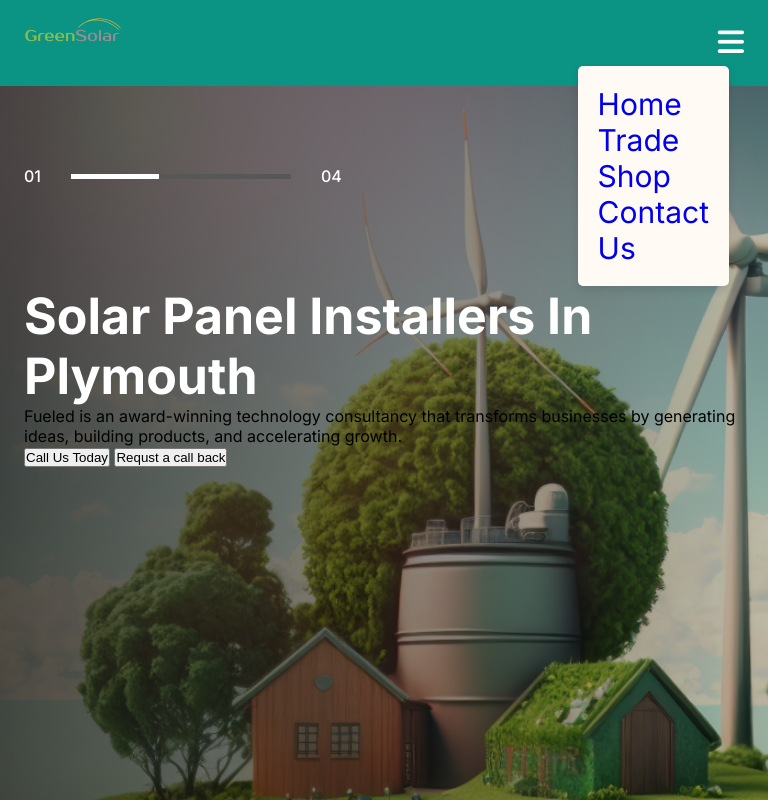
Repository: zeinawady/Solar-Company-Template
Page: index.html
An editor plug-in stored every save of this project. The page is shown before and after the next save, followed by the edit.
The browser window is 768 px wide. The pictures show the whole page.
The pointer rests on the first visible `.burger`.

Above is the page before, as saved 2024-09-17 17:16:31.

### index.html
<!DOCTYPE html>
<html lang="en">

<head>
    <meta charset="UTF-8">
    <meta name="viewport" content="width=device-width, initial-scale=1.0">
    <title>Solar Company</title>
    <link rel="stylesheet" href="css/style.css">
    <link rel="stylesheet" href="css/all.min.css">
    <link rel="preconnect" href="https://fonts.googleapis.com">
<link rel="preconnect" href="https://fonts.gstatic.com" crossorigin>
<link href="https://fonts.googleapis.com/css2?family=Inter:ital,opsz,wght@0,14..32,100..900;1,14..32,100..900&display=swap" rel="stylesheet">
</head>

<body>
    <!-- start header -->
    <header>
        <div class="container">
            <img src="images/Logo.png" width="100" alt="logo" class="logo">
            <nav>
                <ul class="nav-links">
                    <li><a href="#">Home</a></li>
                    <li><a href="#">Trade</a></li>
                    <li><a href="#">Shop</a></li>
                    <li><a href="#">Contact Us</a></li>
                </ul>
            </nav>
            <div class="nav-info">
                <div>Call Us</div>
                <div>+1 2345 3456 45</div>

            </div>
            <div class="burger">
                <i class="fas fa-bars"></i>
                <ul class="navHover">
                    <li><a href="#">Home</a></li>
                    <li><a href="#">Trade</a></li>
                    <li><a href="#">Shop</a></li>
                    <li><a href="#">Contact Us</a></li>
                </ul>

            </div>
        </div>
    </header>

    <!-- end header -->

    <!-- start landing -->
    <div class="landing">
        <div class="container">
            <div class="progress-container">
                <span>01</span>
                <progress value="40" max="100"></progress>
                <span>04</span>
            </div>
            <div class="landing-text">
                <h1 class="main-text">Solar Panel Installers In Plymouth</h1>
                <div class="sub-text">
                    Fueled is an award-winning technology consultancy that transforms businesses by generating ideas,
                    building products, and accelerating growth.
                </div>

                <div class="btn-container">
                    <button class="btn">Call Us Today</button>
                    <button class="btn yellow-bt">Requst a call back</button>
                </div>
            </div>
        </div>
    </div>
    <!-- end landing -->

</body>

</html>

### css/style.css
*{
    margin: 0;
    padding: 0;
    box-sizing: border-box;
}
html{
    scroll-behavior: smooth;
}
body{
    font-family: "Inter", sans-serif;
}
.container{
    padding-left: 15px;
    padding-right: 15px;
    margin: 0 auto;
    max-width: 1170px; /* Set a maximum width */
    width: 100%;
}
ul{
    list-style: none;
}
a{
    text-decoration: none;
}
:root{
    --main-color: hsla(173, 86%, 31%, 1);
    --secondary-color:hsla(42, 100%, 55%, 1);
    --font-color: hsla(221, 43%, 11%, 1);

}
@media (min-width:768px) {
    .container {
        width: 750px;
    }

}

@media (min-width:992px) {
    .container {
        width: 970px;
    }
}

@media (min-width:1200px) {
    .container {
        width: 1170px;
    }
}

/* start header */
header{
    background-color: var(--main-color);
height: 86px;
}
header .container{
    display: flex;
    justify-content: space-between;
    align-items: center;

}
.nav-links li{
    display: inline-block;
    padding: 30px 25px;

}
.nav-links li a{
    color: hsla(0, 0%, 100%, 1);
    transition: all 0.3s ease 0s;
}
.nav-info{
    color: hsla(0, 0%, 100%, 1);
padding-bottom: 5px;
display: flex;
flex-direction: column;
align-items: flex-end;
}
.burger{
    display: none;
    color: hsla(0, 0%, 100%, 1) ;
    font-size: 30px;
    cursor: pointer;
    position: relative;
}

@media (max-width:768px){
    .burger{
        display: block;
        padding-top: 24px;
        position: relative;
        /* z-index: 10; */
    }
    .navHover , .nav-links {
        display: none;
    }
    .nav-info{
        display: none;
    }
    .burger:hover .navHover{
        display: block;
        position: absolute;
        top: 66px;
        right: 15px;
        background-color:rgb(255, 250, 244);
        border-radius: 5px;
        padding: 20px;
        box-shadow: 0 4px 8px rgba(0, 0, 0, 0.1);
    }
}

/* end header */

/* start landing */

.landing{
    background-image: url(../images/solar-panels-meadow\ 1.png);
    background-size: cover;
    height: calc(100vh - 86px);
}
.landing .container{
    padding-top: 80px;

}
.progress-container{
    display: flex;
    align-items: center;
    padding-bottom: 100px;
}
.progress-container span{
    color: white;
font-weight: 500;


}
.progress-container span:first-child{
padding-right:30px;

}
.progress-container span:last-child{
    padding-left: 30px;
}
.progress-container progress{
   width: 220px;
   height: 5px;
   appearance: none;
}
progress::-webkit-progress-bar {
    background-color:hsla(0, 0%, 34%, 1);
}
progress::-webkit-progress-value {
    background-color:hsla(0, 0%, 100%, 1);
}

.landing-text{
    max-width: 729px;
}
h1{
    font-size: 50px;
    color: white;
}
/* end landing */

Loaded but not shown: css/all.min.css (library)

After the next save:
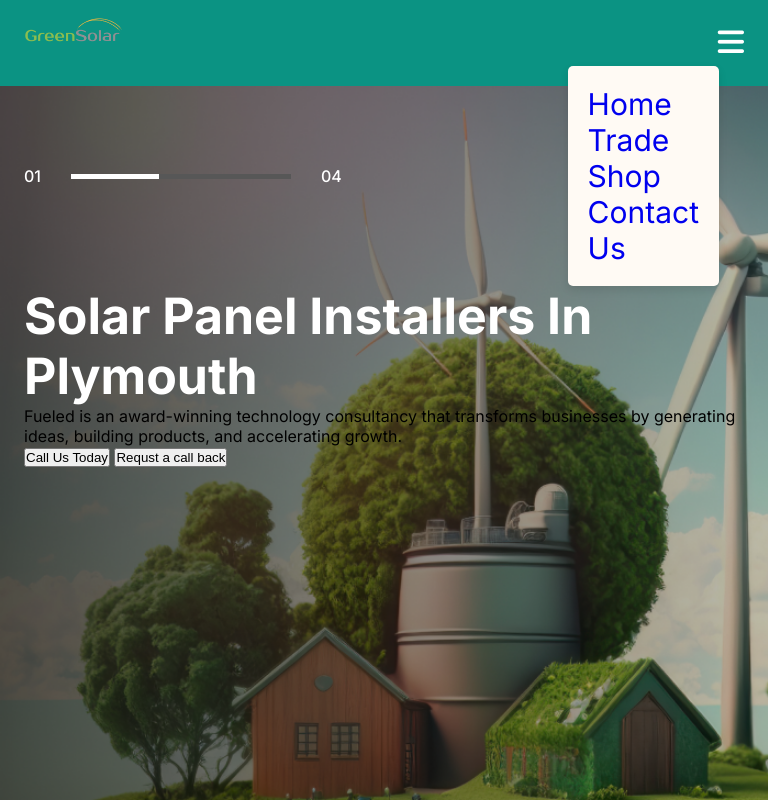
Saved 6 s later.
--- a/css/style.css
+++ b/css/style.css
@@ -99,7 +99,7 @@ align-items: flex-end;
         display: block;
         position: absolute;
         top: 66px;
-        right: 15px;
+        right: 25px;
         background-color:rgb(255, 250, 244);
         border-radius: 5px;
         padding: 20px;
